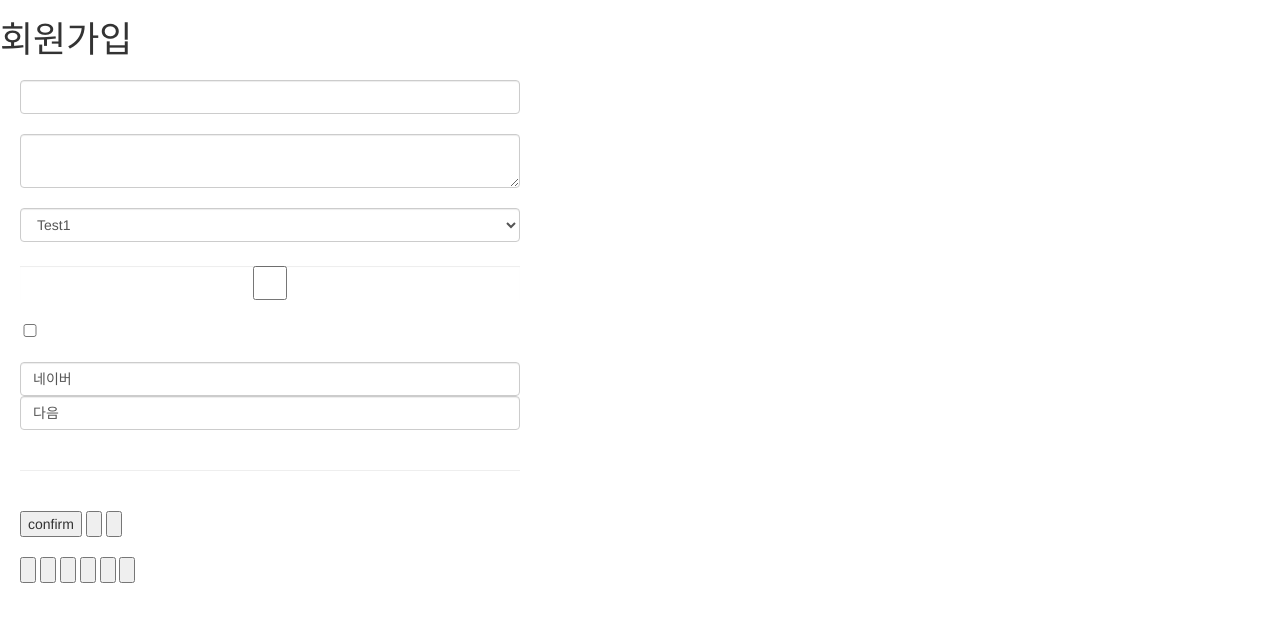
Repository: yhj4130/BootstrapStudy
Page: BootstrapWork/WebContent/BootEx03.html
These files come from the project's save history. The page is drawn as it stood at one moment and after the next save; the edit follows.
The browser window is 1280 px wide. The pictures show the whole page.

Above is the page before, as saved 2019-06-12 02:16:34.

### BootstrapWork/WebContent/BootEx03.html
<!DOCTYPE html>
<html>
<head>
<meta charset="UTF-8">
<title>BootEx03.html</title>

<link rel="stylesheet" href="css/bootstrap.css">
<script type="text/javascript" src="js/jquery-3.4.1.min.js"></script>
<script type="text/javascript" src="js/bootstrap.min.js"></script>

</head>
<body>

<h1>회원가입</h1>

<form action="" style="width: 500px; margin: 20px;">

	<input type="text" class="form-control">
	<br>

	<textarea rows="" cols="" class="form-control"></textarea>
	<br>

	<select class="form-control">
		<option>Test1</option>
		<option>Test2</option>
		<option>Test3</option>
		<option>Test4</option>
	</select>
	<br>

	<input type="checkbox" class="form-control">
	<br>

	<input type="checkbox" style="width: 20px;">
	<br><br>

	<a href="#" class="form-control">네이버</a>
	<a href="#" class="form-control">다음</a>

	<br><hr><br>

	<input type="button" value="confirm">
	<input type="button">
	<input type="button">
	<br><br>

	<input type="button">
	<input type="button">
	<input type="button">
	<input type="button">
	<input type="button">
	<input type="button">
	<br><br>
</form>

</body>
</html>

Loaded but not shown: BootstrapWork/WebContent/css/bootstrap.css (library); BootstrapWork/WebContent/js/jquery-3.4.1.min.js (library); BootstrapWork/WebContent/js/bootstrap.min.js (library)

After the next save:
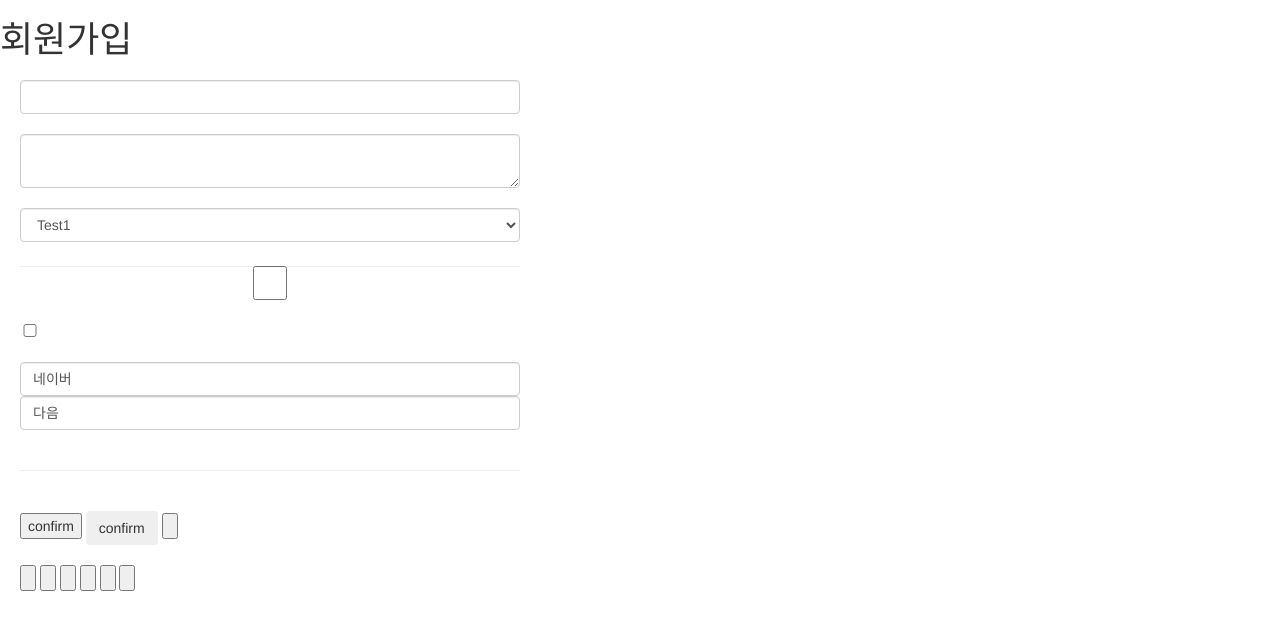
Saved 12 s later.
--- a/BootstrapWork/WebContent/BootEx03.html
+++ b/BootstrapWork/WebContent/BootEx03.html
@@ -41,7 +41,7 @@
 	<br><hr><br>
 
 	<input type="button" value="confirm">
-	<input type="button">
+	<input type="button" value="confirm" class="btn">
 	<input type="button">
 	<br><br>
 
